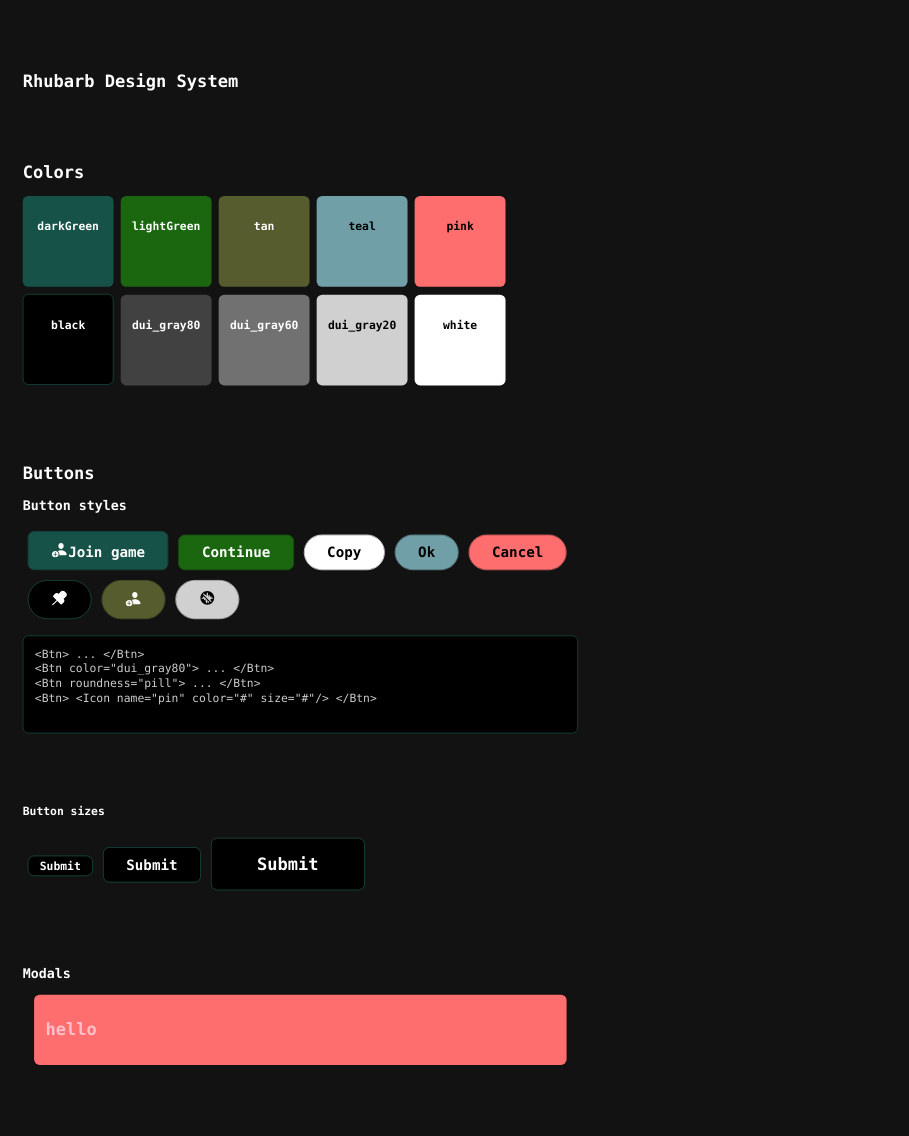
Repository: kttalley/designing-with-data_react-class
Page: / (app in lesson6_design-system-component-extension/)
The author's editor kept a copy of each file at every save. The page is drawn from the files as they stood at one save, then again after the next save.
The browser window is 1280 px wide. The pictures show the whole page, at 71% of full size.
The project was rebuilt for these pictures with package versions that can differ from the ones it lists, and the page was loaded fresh each time. Imported but missing from the stored project, and not drawn on this page: lesson6_design-system-component-extension/src/Rhubarb/Input.

Above is the page before, as saved 2023-09-01 12:26:40.

### lesson6_design-system-component-extension/src/App.js
import React, { Component } from 'react';
import { DocsSection, DocsColorBox, DocsModalContainer, DocsCodeBlock } from './Docs';
import Icon from './Rhubarb/Icon'

import {
  GlobalStyle,
  Btn,
  Modal,
  fontSize,
  color,
} from './Rhubarb';

class App extends Component {
  render() {
    return (
      <div>
        <GlobalStyle />

        <DocsSection>
          <h1>Rhubarb Design System</h1>
        </DocsSection>
        <DocsSection>
          <h2>Colors</h2>
          <DocsColorBox color="darkGreen">darkGreen</DocsColorBox>
          <DocsColorBox color="lightGreen">lightGreen</DocsColorBox>
          <DocsColorBox color="tan">tan</DocsColorBox>
          <DocsColorBox color="teal">teal</DocsColorBox>
          <DocsColorBox color="pink">pink</DocsColorBox>
          <DocsColorBox color="black">black</DocsColorBox>
          <DocsColorBox color="dui_gray80">dui_gray80</DocsColorBox>
          <DocsColorBox color="dui_gray60">dui_gray60</DocsColorBox>
          <DocsColorBox color="dui_gray20">dui_gray20</DocsColorBox>
          <DocsColorBox color="white">white</DocsColorBox>
        </DocsSection>

        <DocsSection>
          <h2>Buttons</h2>
          <h3>Button styles</h3>
          <Btn color="darkGreen">
            <Icon name="add" context="btn" color="#ffffff" size={fontSize[3]}></Icon>
            Join game
          </Btn>
          <Btn color="lightGreen">Continue</Btn>
          <Btn color="white"  roundness="pill">Copy</Btn>
          <Btn color="teal"  roundness="pill">Ok</Btn>
          <Btn color="pink"  roundness="pill">Cancel</Btn>
          <Btn roundness="pill">
            <Icon name="pin" size={fontSize[3]} />
          </Btn>
          <Btn roundness="pill" color="tan">
            <Icon name="add" size={fontSize[3]} />
          </Btn>
          <Btn color="dui_gray20" roundness="pill">
            <Icon name="cancel" color={color.black} size={fontSize[3]}></Icon>
          </Btn>
          <DocsCodeBlock>
            {`<Btn> ... </Btn>
            <Btn color="dui_gray80"> ... </Btn>
            <Btn roundness="pill"> ... </Btn>
            <Btn> <Icon name="pin" color="#" size="#"/> </Btn>

            `}
          </DocsCodeBlock>
      </DocsSection>
      <DocsSection>
          <h4>Button sizes</h4>
          <Btn size="sm">Submit</Btn>
          <Btn>Submit</Btn>
          <Btn size="lg">Submit</Btn>
        </DocsSection>


        <DocsSection>
          <h3>Modals</h3>
          <Modal color="pink"><h1>hello</h1></Modal>

        </DocsSection>
      </div>
    );
  }
}

export default App;

### lesson6_design-system-component-extension/src/Docs/index.js
import styled from 'styled-components';
import {color, space, isDarkBackground, fontSize} from '../Rhubarb';

export const DocsColorBox = styled.div`
background-color: ${ props => color[props.color] ? color[props.color] : color.black };
  color: ${props => isDarkBackground(props.color) ? color.black : color.white};
  height: ${space[6] + 'px'};
  width: ${space[6] + 'px'};
  padding-top: 33px;
  text-align: center;
  font-weight: bold;
  display: inline-block;
  margin-right: 10px;
  margin-bottom: 10px;
  border-radius: 8px;
  border: ${props => props.color === "black" ? '1px solid' + color.darkGreen : 'none'}
`;

export const DocsSection = styled.section`
  margin: 100px 32px;
  max-width: 782px;
`;

export const DocsModalContainer = styled.section`
  position: relative;
  height: 300px;
  border-radius: 3px;
  background: ${color.dui_gray80}
`;

export const DocsCodeBlock = styled.code`
  border: 1px solid ${color.darkGreen};
  background-color: ${color.black};
  color: ${color.dui_gray20};
  border-radius: 8px;
  display: block;
  font-family: consolas, monospace;
  line-height: 1.3;
  padding: ${space[3] + 'px'};
  white-space: pre-line;
  font-size: ${fontSize[1]};
  margin-top: ${space[3] + 'px'};
   max-width: 832px;
  transition: 0.15s color ease;

  &::selection {
    color: ${color.black};
    background-color: ${color.pink};
  }

  &:hover {
    color: ${color.white};
  }


`;

### lesson6_design-system-component-extension/src/Rhubarb/Icon.js
import React from 'react';
import Styled, { css } from 'styled-components'



const Icon = function(props) {
    const {name, context, color="white", size=16, ...rest} = props;
    const Drawing = IconMap[name] ? IconMap[name] : null;
    const iconStyles = {
        ...(context === 'btn' && {
            marginRight: '200px',
            color: "red",
            padding: '8px',
            size: '500px'

        }),
    }

    return (
        <svg
            width={size}
            height={size}
            {...rest}
            viewBox="0 0 32 32"
        >
            <Drawing color={color} />
        </svg>

    );

}

function Add(props) {
    return (
        <path fill={props.color} d="M18.6025 16.2451C15.8604 16.2451 13.5879 13.8203 13.5879 10.6846C13.5752 7.65039 15.8857 5.25098 18.6025 5.25098C21.332 5.25098 23.6172 7.625 23.6172 10.6719C23.6172 13.8203 21.3447 16.2451 18.6025 16.2451ZM18.5898 18.5176C25.1406 18.5176 29.2158 23.0117 29.2158 26.2744C29.2158 27.3789 28.5049 27.874 26.7783 27.874H15.4033C15.5303 27.3408 15.5938 26.7695 15.5938 26.1982C15.5938 23.6973 14.4004 21.4756 12.5596 20.0537C14.1719 19.127 16.2158 18.5176 18.5898 18.5176ZM7.79883 32.5078C4.3457 32.5078 1.48926 29.6641 1.48926 26.1982C1.48926 22.7324 4.3457 19.876 7.79883 19.876C11.2646 19.876 14.1211 22.7324 14.1211 26.1982C14.1211 29.6514 11.2393 32.5078 7.79883 32.5078ZM7.81152 30.3496C8.20508 30.3496 8.52246 30.0703 8.52246 29.6641V26.8584H11.125C11.5059 26.8584 11.8105 26.5664 11.8105 26.1855C11.8105 25.8047 11.5059 25.5127 11.125 25.5127H8.52246V22.7197C8.52246 22.3008 8.20508 22.0342 7.81152 22.0342C7.41797 22.0342 7.10059 22.3008 7.10059 22.7197V25.5127H4.48535C4.11719 25.5127 3.8125 25.8047 3.8125 26.1855C3.8125 26.5664 4.11719 26.8584 4.48535 26.8584H7.10059V29.6641C7.10059 30.0703 7.41797 30.3496 7.81152 30.3496Z"></path>
    )
}


function Pin(props) {
    return (
        <path fill={props.color} d="M28.1831 13.4035C28.601 12.9858 28.9325 12.49 29.1587 11.9442C29.3849 11.3984 29.5014 10.8134 29.5015 10.2226C29.5016 9.63174 29.3853 9.0467 29.1592 8.50084C28.9332 7.95498 28.6019 7.45899 28.1841 7.0412L24.9849 3.82147C24.1379 2.97781 22.9906 2.50501 21.7951 2.50703C20.5997 2.50904 19.454 2.9857 18.6099 3.83221L14.354 8.35272C14.2599 8.44609 14.1326 8.49847 14 8.49847C13.8674 8.49847 13.7402 8.44609 13.646 8.35272C13.2271 7.93628 12.7279 7.60921 12.1789 7.39132C11.6298 7.17344 11.0422 7.06928 10.4517 7.08514C9.25462 7.11643 8.11615 7.60989 7.27491 8.46209L3.93702 11.9504C3.65616 12.2318 3.49835 12.6131 3.49816 13.0107C3.49797 13.4083 3.65543 13.7898 3.93602 14.0715L10.2144 20.3666L2.29341 28.2931C2.20056 28.386 2.12691 28.4962 2.07666 28.6175C2.02641 28.7389 2.00055 28.8689 2.00055 29.0002C2.00055 29.1315 2.02641 29.2615 2.07666 29.3828C2.12691 29.5041 2.20056 29.6144 2.29341 29.7072C2.38626 29.8001 2.49649 29.8737 2.6178 29.924C2.73911 29.9742 2.86913 30.0001 3.00044 30.0001C3.13175 30.0001 3.26177 29.9742 3.38308 29.924C3.5044 29.8737 3.61462 29.8001 3.70747 29.7072L11.6266 21.7825L17.8891 28.0617C18.0288 28.2015 18.1948 28.3122 18.3775 28.3877C18.5602 28.4631 18.7559 28.5016 18.9536 28.5012C19.1477 28.5019 19.3402 28.4644 19.5198 28.3906C19.6995 28.3169 19.8628 28.2084 20.0004 28.0715L23.5463 24.718C24.4021 23.8866 24.8934 22.7498 24.9124 21.5568C24.9315 20.3638 24.4767 19.212 23.6479 18.3537C23.555 18.2608 23.5025 18.135 23.5015 18.0036C23.5006 17.8722 23.5515 17.7458 23.643 17.6515L28.1831 13.4035Z"></path>
    )
}
function Cancel(props) {
    return (
        <path fill={props.color} d="M29 16C29 23.1797 23.1797 29 16 29C8.8203 29 3 23.1797 3 16C3 8.8203 8.8203 3 16 3C23.1797 3 29 8.8203 29 16ZM16.9957 6.9078C16.9481 6.39344 16.5166 6 16 6C15.4834 6 15.0519 6.39344 15.0043 6.9078L14.438 13.0238L13.796 12.3818L13.6593 11.265C13.5997 10.7785 13.1962 10.4068 12.7064 10.3873C12.4524 10.3772 12.2141 10.4634 12.0298 10.6156L9.70711 8.29289C9.31658 7.90237 8.68342 7.90237 8.29289 8.29289C7.95024 8.63555 7.90824 9.16501 8.16689 9.55346L22.4466 23.8331C22.835 24.0918 23.3645 24.0498 23.7071 23.7071C24.0976 23.3166 24.0976 22.6834 23.7071 22.2929L21.6914 20.2772C21.812 20.1618 21.9048 20.0154 21.9562 19.8473L22.6544 17.5661C22.8345 17.7326 23.0745 17.8319 23.3333 17.8319H26C26.5523 17.8319 27 17.3842 27 16.8319C27 16.2796 26.5523 15.8319 26 15.8319H24.118L23.638 13.8714C23.5309 13.4342 23.145 13.1224 22.6951 13.1096C22.2452 13.0968 21.8422 13.3862 21.7105 13.8166L21.194 15.5038L20.3131 11.1866C20.2151 10.7063 19.7834 10.3679 19.2936 10.3873C18.8038 10.4068 18.4003 10.7785 18.3407 11.265L17.8046 15.6439L16.9957 6.9078ZM18.9044 23.1194L16.2417 20.4567L16.6709 25.0922C16.718 25.6009 17.1411 25.9924 17.6519 25.9999C18.1628 26.0074 18.5972 25.6287 18.6593 25.1215L18.9044 23.1194ZM15.7993 20.0142L10.8878 15.1028L10.806 15.5038L10.593 14.808L8.96462 13.1796C8.67 13.2965 8.4407 13.5501 8.36203 13.8714L7.88198 15.8319H6C5.44772 15.8319 5 16.2796 5 16.8319C5 17.3842 5.44772 17.8319 6 17.8319H8.66667C8.92551 17.8319 9.16553 17.7326 9.3456 17.5661L10.0438 19.8473C10.1776 20.2846 10.5911 20.5754 11.0478 20.5535C11.5046 20.5316 11.8884 20.2026 11.9798 19.7545L12.4197 17.5986L13.3407 25.1215C13.4028 25.6287 13.8372 26.0074 14.3481 25.9999C14.8589 25.9924 15.282 25.6009 15.3291 25.0922L15.7993 20.0142ZM19.7257 18.3115L19.5184 18.1042L19.5803 17.5986L19.7257 18.3115Z"/>
    )
};




const IconMap = {
    "add": Add,
    "pin": Pin,
    "cancel": Cancel,
};


export default Icon;

### lesson6_design-system-component-extension/src/Rhubarb/index.js
//this file indexes all Rhubarb components for export

import { createGlobalStyle } from "styled-components";

export const GlobalStyle = createGlobalStyle`
  * {
    box-sizing: border-box;
  }

  body {
    margin: 0;
    padding: 0;
    font-family: menlo, sans-serif;
    background-color: #121212;
    color: white;
  }
`;


export * from './Button';
export * from './Input';
export * from './Utils';
export * from './Modal';
export * from './Icon';

### lesson6_design-system-component-extension/src/Rhubarb/Button.js
import { color, space, isDarkBackground, fontSize} from './Utils';
import styled, { css } from 'styled-components';

export const Btn = styled.button`
  background-color: ${ props => color[props.color] ? color[props.color] : color.black };
  color: ${props => isDarkBackground(props.color) ? color.black : color.white};
  outline: 1px solid ${ props => color[props.color] ? color[props.color] : color.darkGreen };
  border-radius: 8px;
  padding: ${space[3] + 'px'};
  margin: ${space[2] + 'px'};
  font-family: menlo;
  font-weight: bold;
  border: none;
  transition: 0.1s all ease;
  font-size: ${fontSize[2]};
  padding: ${space[2] + 4 + 'px'} ${space[4] + 'px'};

  &:hover {
    cursor: pointer;
    filter: brightness(1.1);
    transform: scale(1.1);
  }

  ${props => props.size === 'sm' && css`
    font-size: ${fontSize[1]};
    padding: ${space[1] + 2 + 'px'} ${space[3] + 'px'};
  ` }

    ${props => props.size === 'lg' && css`
      font-size: ${fontSize[3]};
      padding: ${space[3] + 6 + 'px'} ${space[5] + 'px'};
  ` }

  ${props => props.roundness === 'pill' && css`
    border-radius: 32px;
  `}

  ${props => props.color === "black" && css`
    outline: 2px solid green;

  `}


`;

### lesson6_design-system-component-extension/src/Rhubarb/Utils.js
export const color = {

  //core colors
  darkGreen: '#165247',
  tan: '#565C2D',
  lightGreen: '#1A6710',
  teal: '#719FA7',
  pink: '#FF6E6E',

  //grayscale - needs lui
  black: '#000000',
  dui_gray80: '#FFFFFF33',
  dui_gray60: '#FFFFFF66',
  dui_gray40: '##FFFFFF44',
  dui_gray20: '#FFFFFFCC',
  white: '#FFFFFF',
  // solid grays, no opacity,
  //for sake of utility function below
  gray1: '#606060',
  gray2: '#313131',
  gray3: '#181818'

}

export const space = [
  0,
  2,
  8,
  16,
  32,
  64,
  128,
  256,
  512
];

export const fontSize = [
  '14px',
  '16px',
  '20px',
  '24px',
  '32px',
  '64px'
];


export const isDarkBackground = function(color) {
  if (color) {
    if (color.includes('dui_gray20') || color.includes('teal') || color.includes('pink') || color.includes('white')) {
      return true;
    } else {
      return false;
    }
  }
}

### lesson6_design-system-component-extension/src/Rhubarb/Modal.js
import { color, space, fontSize, isDarkBackground} from './Utils';
import React from 'react';
import styled from 'styled-components';
import Icon from './Icon';

export const Modal = styled.div`
  background-color: ${props => color[props.color] ? color[props.color] : color.black };
  color: pink;
  padding: 1rem;
  margin: 1rem;
  border-radius: ${space[2] + 'px'};
`;


export const ModalDismissIcon = styled(Icon)`
  float: right;
  transition: 0.2s opacity ease;
  cursor: pointer;

  &:hover {
    opacity: 0.6;
  }
`;

Loaded but not shown: lesson6_design-system-component-extension/public/index.html (common file); lesson6_design-system-component-extension/src/index.js (common file); lesson6_design-system-component-extension/src/index.css (common file); lesson6_design-system-component-extension/src/reportWebVitals.js (common file)

After the next save:
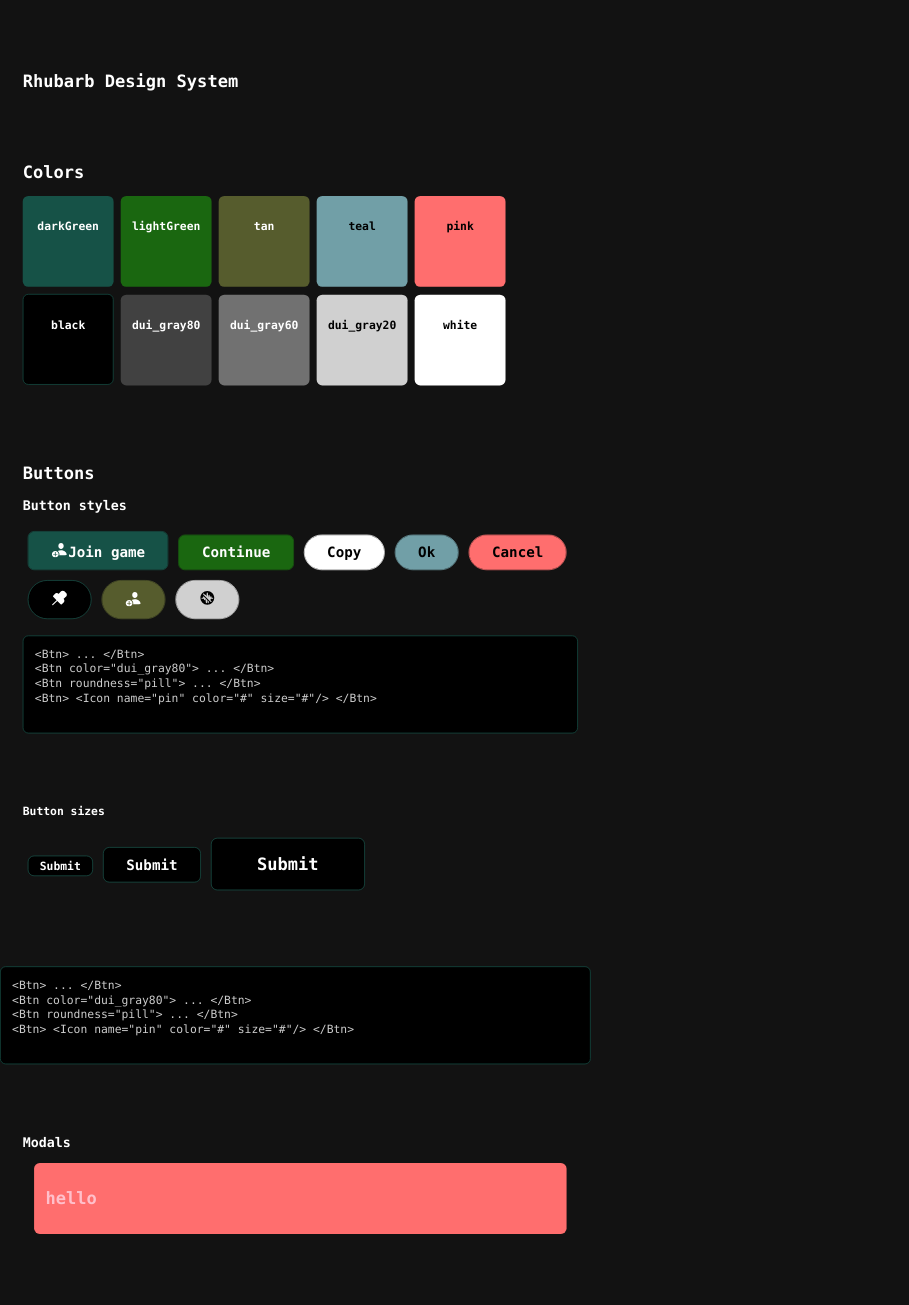
Saved 30 s later.
--- a/lesson6_design-system-component-extension/src/App.js
+++ b/lesson6_design-system-component-extension/src/App.js
@@ -68,7 +68,14 @@ class App extends Component {
           <Btn>Submit</Btn>
           <Btn size="lg">Submit</Btn>
         </DocsSection>
+         <DocsCodeBlock>
+            {`<Btn> ... </Btn>
+            <Btn color="dui_gray80"> ... </Btn>
+            <Btn roundness="pill"> ... </Btn>
+            <Btn> <Icon name="pin" color="#" size="#"/> </Btn>
 
+            `}
+          </DocsCodeBlock>
 
         <DocsSection>
           <h3>Modals</h3>
